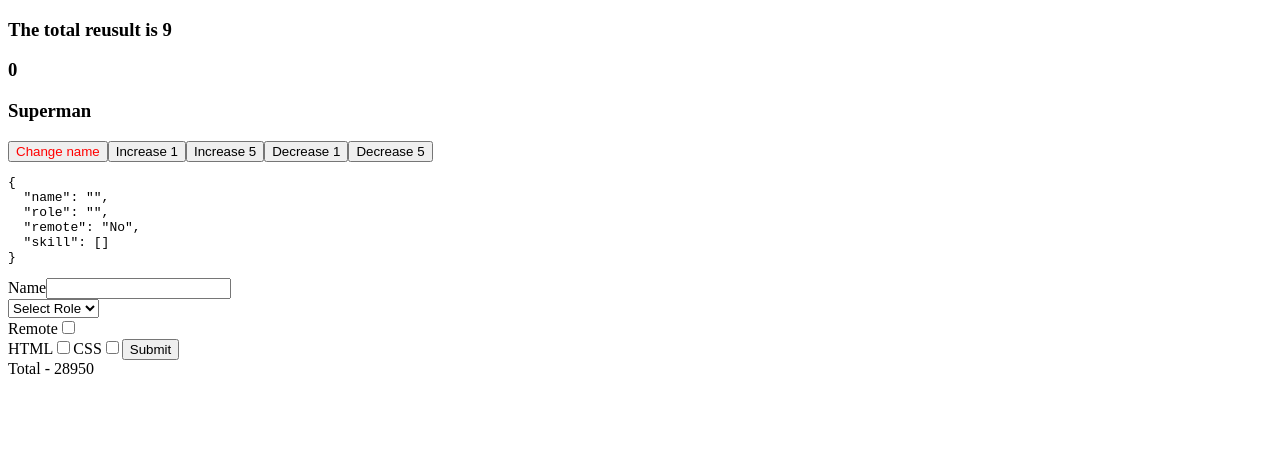
Repository: KZH2001/Vue_Practice
Page: / (app in Tutorial/)
An editor plug-in stored every save of this project. The page is shown before and after the next save, followed by the edit.
The browser window is 1280 px wide. The pictures show the whole page.
The project was rebuilt for these pictures with package versions that can differ from the ones it lists, and the page was loaded fresh each time. Also part of the build but not shown: Tutorial/vite.config.js.

Above is the page before, as saved 2026-01-20 22:39:31.

### Tutorial/src/App.vue


  <template>
  <h3>The total reusult is {{ add(2,3,4) }}</h3>
  <h3>{{ number  }}</h3>

  <h3 v-once>{{ name }}</h3>
  <button  v-bind:style="{color:color}" v-on:click="name = 'Batman'">Change name</button>
  <button @click="increaseNumber(1)">Increase 1</button>
  <button @click="increaseNumber(5)">Increase 5</button>
  <button @click="decreaseNumber(1)">Decrease 1</button>
  <button @click="decreaseNumber(5)">Decrease 5</button>




  <pre>{{ JSON.stringify(formValues, null, 2) }}</pre>


  <form action="" @submit="submitForm">
    <label for="name">Name</label>
    <input v-model="formValues.name" id="name" type="text">
    <br>

    <select name="" id="" v-model="formValues.role">
      <option value="">Select Role</option>
      <option value="Web">Web</option>
      <option value="Network">Network</option>
    </select>
    <br>

    <label for="">Remote</label>
    <input v-model="formValues.remote" type="checkbox" true-value ="Yes" false-value="No">
    <br>
    <label for="">HTML</label>
    <input v-model="formValues.skill" value="HTML" type="checkbox">

     <label for="">CSS</label>
    <input v-model="formValues.skill" value="CSS" type="checkbox">

    <button>Submit</button>
  </form>


  <!-- <di>Total - {{ items.reduce((total,curr)=> (total =  total + curr.price),0) }}</di> -->
   <div>Total - {{ items.reduce((total,curr) => (total += curr.price),0) }}</div>
  </template>

  <style scoped>

  </style>

  <script >
    export default{


      data(){
        return{
          name: 'Superman',
          color: 'red',
          number: 0,
          formValues: {
            name: '',
            role: '',
            remote: "No",
            skill: [],
          },
            items: [
              {
              id: 1,
              firstName: "Kyz",
              price: 300
              },
               {
              id: 2,
              firstName: "Rye",
              price: 1300
              },
               {
              id: 3,
              firstName: "Crt",
              price: 21030
              },
               {
              id: 4,
              firstName: "Cxz",
              price: 3120
              },
               {
              id: 5,
              firstName: "Yte",
              price: 3200
              },
            ]
        }
      },
      methods: {
      add(a,b,c){
        return a+b+c
      },

      increaseNumber(num){
        this.number += num
      },

      decreaseNumber(num){
        this.number -= num
      },

      submitForm(w){
        w.preventDefault();
        console.log("result", this.formValues)
      }

    }

  }

  </script>

Loaded but not shown: Tutorial/index.html (common file); Tutorial/src/main.js (common file)

After the next save:
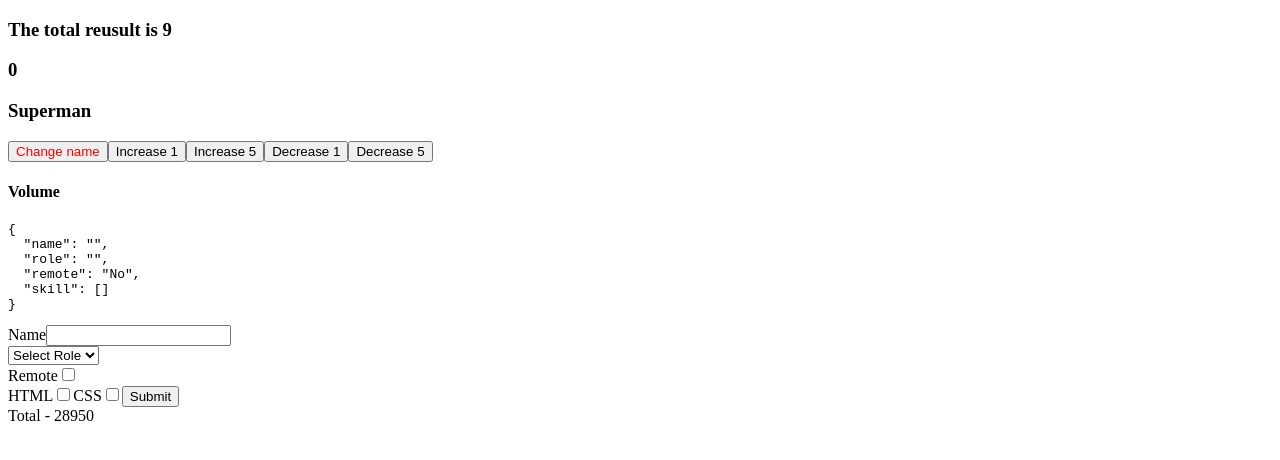
Saved 6 s later.
--- a/Tutorial/src/App.vue
+++ b/Tutorial/src/App.vue
@@ -12,7 +12,7 @@
   <button @click="decreaseNumber(5)">Decrease 5</button>
 
 
-
+  <h4>Volume</h4>
 
   <pre>{{ JSON.stringify(formValues, null, 2) }}</pre>
 
